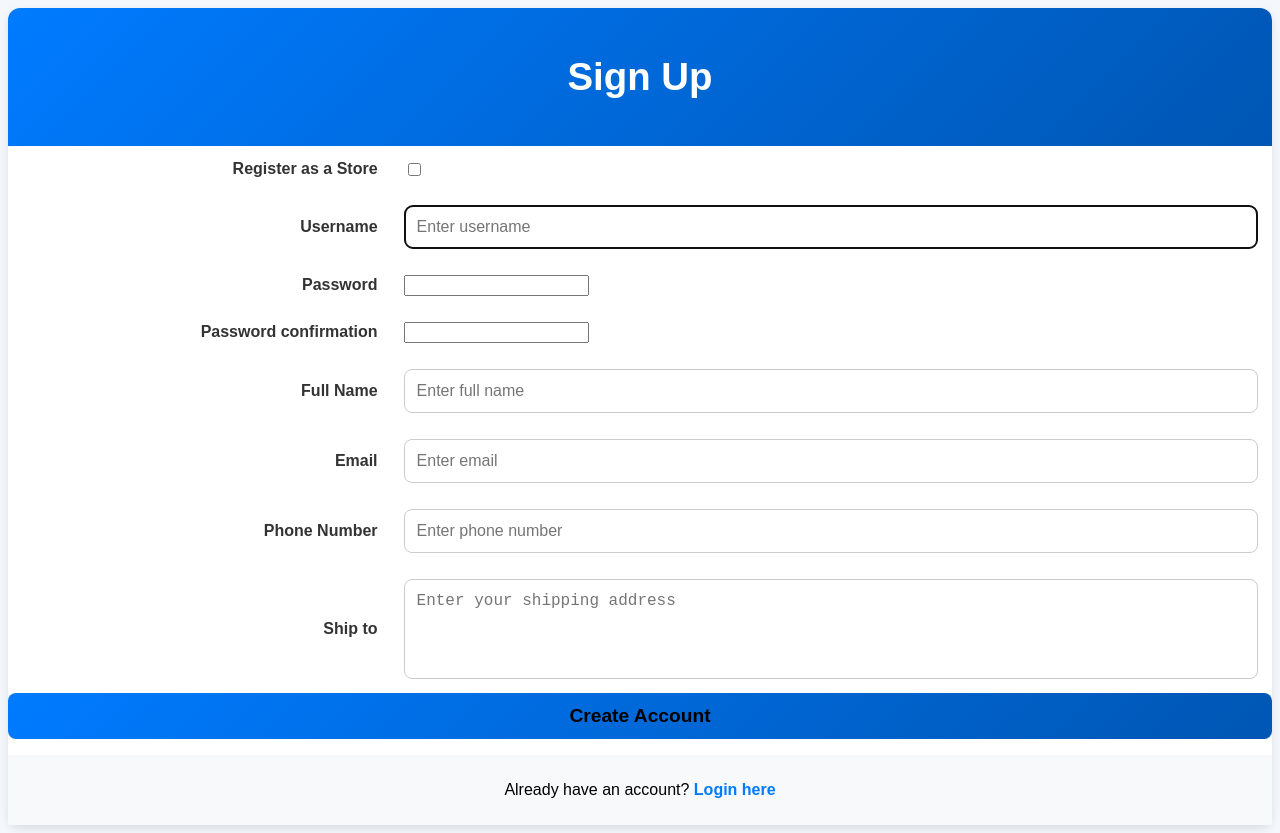
Repository: Jijiluzana225/onlineparts
Page: http://localhost/register/
These files come from the project's save history. The page is drawn as it stood at one moment and after the next save; the edit follows.
The browser window is 1280 px wide. The pictures show the whole page.
Some web fonts or font styles are not loaded; a fallback is used. The page is served by the project's application, run on Django 5.2 (manage.py).

Above is the page before, as saved 2025-02-19 12:15:52.

After the next save:
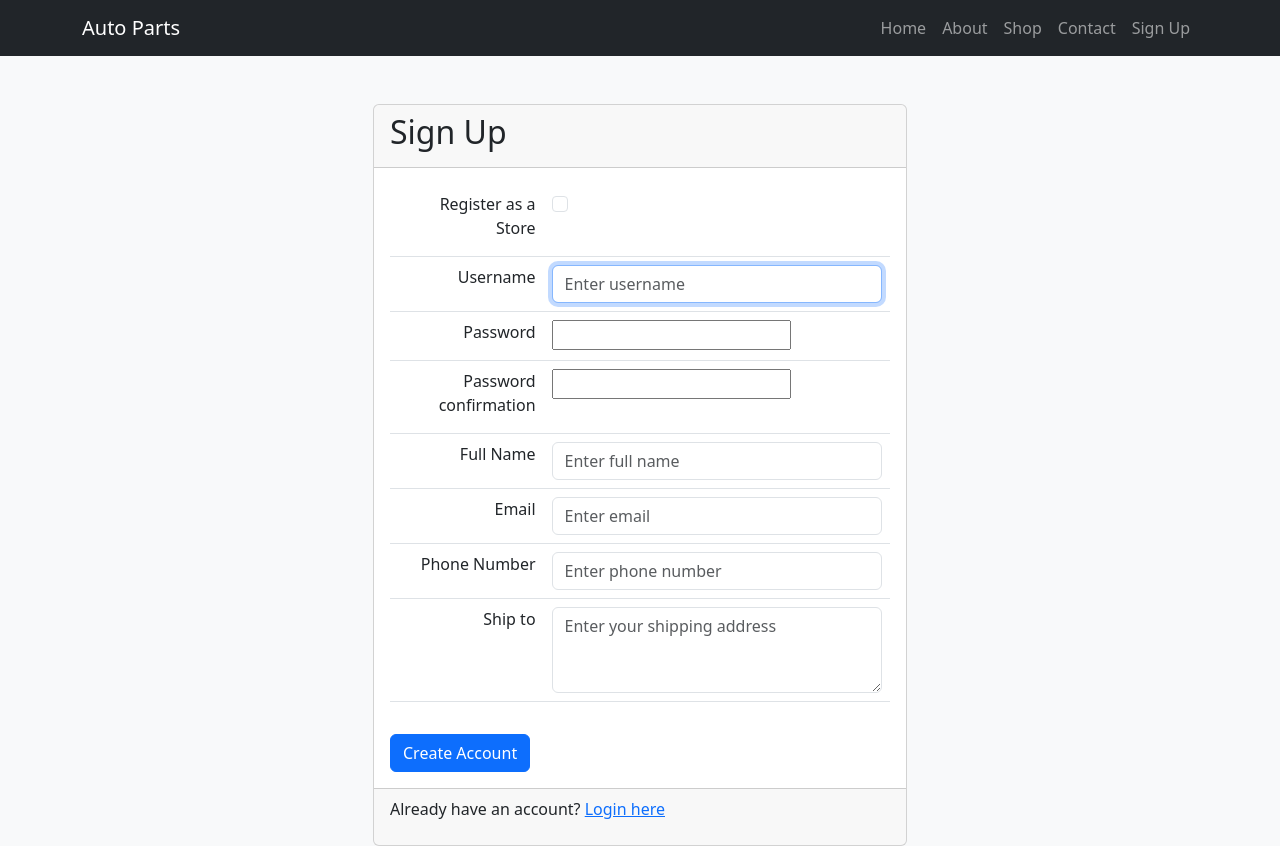
Saved 3 min 28 s later.
--- a/orders/templates/orders/register.html
+++ b/orders/templates/orders/register.html
@@ -1,109 +1,6 @@
+{% extends 'orders/landing.html' %}
 
-<!-- Bootstrap Styling with Calibre Font -->
-<style>
-    @import url('https://fonts.googleapis.com/css2?family=Calibre:wght@400;600&display=swap');
-
-    body {
-        background-color: #f4f7fc;
-        font-family: 'Calibre', sans-serif;
-    }
-
-    .card {
-        border-radius: 12px;
-        box-shadow: 0 4px 10px rgba(0, 0, 0, 0.1);
-        transition: transform 0.2s ease-in-out;
-        background-color: white;
-    }
-
-    .card:hover {
-        transform: translateY(-5px);
-    }
-
-    .card-header {
-        font-size: 1.6rem;
-        font-weight: bold;
-        background: linear-gradient(135deg, #007bff, #0056b3);
-        color: white;
-        text-align: center;
-        padding: 15px;
-        border-top-left-radius: 12px;
-        border-top-right-radius: 12px;
-    }
-
-    .table {
-        width: 100%;
-    }
-
-    .table td {
-        padding: 12px;
-        vertical-align: middle;
-    }
-
-    .form-label {
-        font-weight: 600;
-        color: #333;
-        text-align: right;
-        display: block;
-    }
-
-    /* Uniform width for all input fields */
-    .form-control {
-        border-radius: 8px;
-        padding: 12px;
-        font-size: 1rem;
-        width: 100% !important;
-        max-width: 100%;
-        border: 1px solid #ccc;
-        box-sizing: border-box;
-    }
-
-    /* Ensure textareas are same width as inputs */
-    textarea.form-control {
-        resize: none;
-        height: 100px;
-    }
-
-    .btn-primary {
-        background: linear-gradient(135deg, #007bff, #0056b3);
-        border: none;
-        border-radius: 8px;
-        font-size: 1.2rem;
-        padding: 12px;
-        transition: background 0.3s ease;
-        width: 100%;
-        font-weight: 600;
-    }
-
-    .btn-primary:hover {
-        background: linear-gradient(135deg, #0056b3, #004494);
-    }
-
-    .text-danger {
-        font-size: 0.9rem;
-    }
-
-    .card-footer {
-        background-color: #f8f9fa;
-        text-align: center;
-        padding: 10px;
-        border-top: none;
-        font-size: 1rem;
-    }
-
-    .card-footer a {
-        color: #007bff;
-        font-weight: bold;
-        text-decoration: none;
-        transition: color 0.3s;
-    }
-
-    .card-footer a:hover {
-        color: #0056b3;
-        text-decoration: underline;
-    }
-</style>
-
-<!-- Registration Form Card -->
+{% block content %}
 <div class="container mt-5">
     <div class="row justify-content-center">
         <div class="col-lg-6 col-md-8 col-sm-10">
@@ -116,21 +13,20 @@
                         {% csrf_token %}
                         <table class="table">
                             {% for field in form %}
-    <tr>
-        <td class="text-end">
-            <label class="form-label">{{ field.label }}</label>
-        </td>
-        <td>
-            {{ field }}
-            {% if field.errors %}
-                <div class="text-danger">
-                    {{ field.errors|striptags }}
-                </div>
-            {% endif %}
-        </td>
-    </tr>
-{% endfor %}
-
+                            <tr>
+                                <td class="text-end">
+                                    <label class="form-label">{{ field.label }}</label>
+                                </td>
+                                <td>
+                                    {{ field }}
+                                    {% if field.errors %}
+                                    <div class="text-danger">
+                                        {{ field.errors|striptags }}
+                                    </div>
+                                    {% endif %}
+                                </td>
+                            </tr>
+                            {% endfor %}
                         </table>
                         <button type="submit" class="btn btn-primary mt-3">Create Account</button>
                     </form>
@@ -142,3 +38,4 @@
         </div>
     </div>
 </div>
+{% endblock %}
